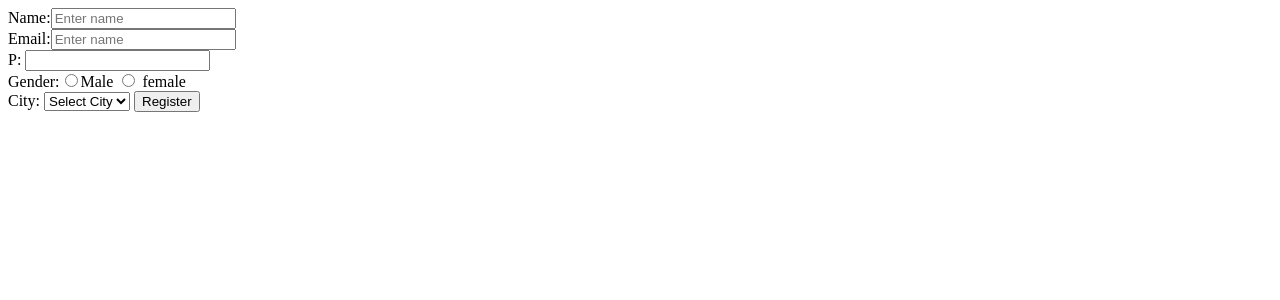
Repository: Senyadt2/Projects-On-Java
Page: http://localhost/RegisterLogin/register.jsp
These files come from the project's save history. The page is drawn as it stood at one moment and after a run of saves; the edit follows.
The browser window is 1280 px wide. The pictures show the whole page.
The page is served by Tomcat 9.

Above is the page before, as saved 2024-03-25 12:05:42.

After the next 2 saves:
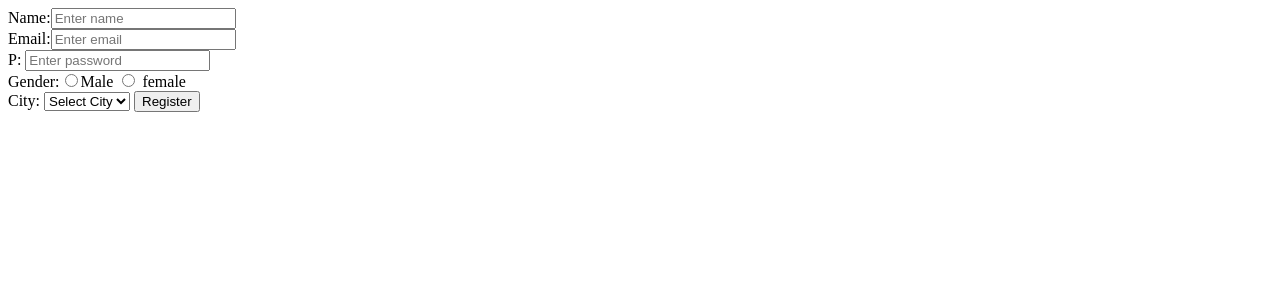
The 2 saves are shown as one change because they came seconds apart.
The last was saved 10 s later.
--- a/RegisterLogin/src/main/webapp/register.jsp
+++ b/RegisterLogin/src/main/webapp/register.jsp
@@ -9,8 +9,8 @@
 <body>
 	<form action="register" method="post">
 		Name:<input type="text" name="name" placeholder="Enter name"><br>
-		Email:<input type="text" name="email" placeholder="Enter name"><br> P:
-		<input type="password" name="  placeholder="Enter name"><br> Gender:<input
+		Email:<input type="text" name="email" placeholder="Enter email"><br> P:
+		<input type="password" name=" " placeholder="Enter password"><br> Gender:<input
 			type="radio" name="gender" value="male">Male</input> <input
 			type="radio" name="gender" value="female"> female </input> <br>
 		City: <select>
